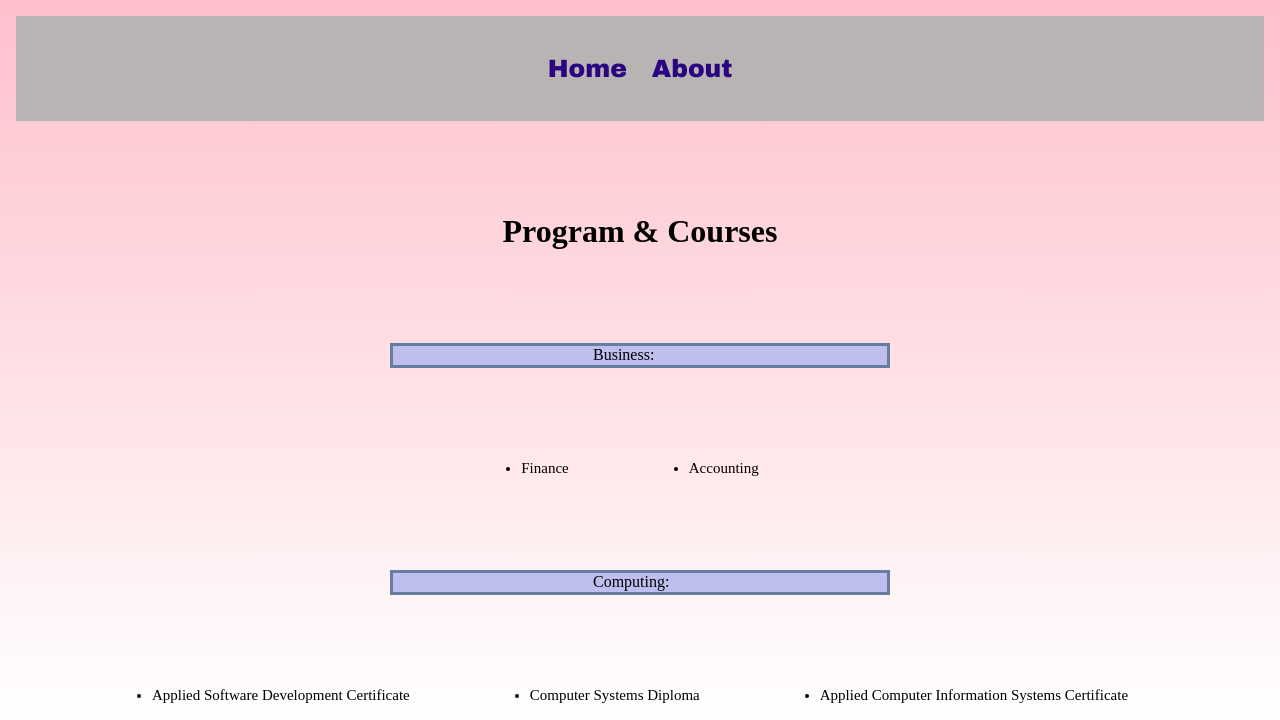
Repository: anoncoderin/madhu-assignment3
Page: /
These files come from the project's save history. The page is drawn as it stood at one moment and after the next save; the edit follows.
The browser window is 1280 px wide. The pictures show the whole page.
The project was rebuilt for these pictures with package versions that can differ from the ones it lists, and the page was loaded fresh each time. The framework's server and built-in components were replaced by stand-ins that run in the browser. Also part of the build but not shown: next.config.js, components/Card/Card.module.css.

Above is the page before, as saved 2023-01-22 23:11:28.

### pages/index.js
import Head from 'next/head'
import Image from 'next/image'
import { Inter } from '@next/font/google'
import styles from '@/styles/Home.module.css'
import { useState } from 'react'
import data from '../data/education.json'
import Link from 'next/link'
import Card from '../components/Card'
import style from '../components/Card/Card.module.css'

export default function Home() {
  console.log(data);
  const [information, setInformation] = useState([...data])
  return (
    <>
      <Head>

      </Head>
      <main className={styles.main}>
        <div className={styles.nav}>
        <p>

          <Link href="/"><b>Home &nbsp;&nbsp;</b></Link>
          <Link href="about"><b>About</b></Link>
        </p>
        </div>
        <h1>Program & Courses</h1>
      <div className={styles.heading}>Business:</div>
      <div className={styles.row}>
      {
        information && information.map((info, index)=>{
          if(info.department === "Business"){
            return(
              <Card key={index} degree={info.degree} font={15}></Card>
            )
          }
        })
      }
      </div>
      <div className={styles.heading}>Computing:</div>
      <div className={styles.row}>
      {
        information && information.map((info, index)=>{
          if(info.department === "Computing"){
            return(

              <Card key={index} degree={info.degree} font={15}></Card>
            )
          }
        })
      }
      </div>
      </main>
    </>
  )
}

### styles/globals.css
:root {
  --max-width: 1100px;
  --border-radius: 12px;
  --font-mono: ui-monospace, Menlo, Monaco, 'Cascadia Mono', 'Segoe UI Mono',
    'Roboto Mono', 'Oxygen Mono', 'Ubuntu Monospace', 'Source Code Pro',
    'Fira Mono', 'Droid Sans Mono', 'Courier New', monospace;

  --foreground-rgb: 0, 0, 0;
  --background-start-rgb: 255, 192, 203;
  --background-end-rgb: 255, 255, 255;

  --primary-glow: conic-gradient(
    from 180deg at 50% 50%,
    hsla(78, 61%, 87%, 0.2) 0deg,
    #0885ff33 55deg,
    #54d6ff33 120deg,
    #0071ff33 160deg,
    transparent 360deg
  );
  --secondary-glow: radial-gradient(
    rgba(255, 255, 255, 1),
    rgba(255, 255, 255, 0)
  );

  --tile-start-rgb: 239, 245, 249;
  --tile-end-rgb: 228, 232, 233;
  --tile-border: conic-gradient(
    #00000080,
    #00000040,
    #00000030,
    #00000020,
    #00000010,
    #00000010,
    #00000080
  );

  --callout-rgb: 238, 240, 241;
  --callout-border-rgb: 172, 175, 176;
  --card-rgb: 180, 185, 188;
  --card-border-rgb: 131, 134, 135;
}

@media (prefers-color-scheme: dark) {
  :root {
    --foreground-rgb: 255, 255, 255;
    --background-start-rgb: 0, 0, 0;
    --background-end-rgb: 0, 0, 0;

    --primary-glow: radial-gradient(rgba(1, 65, 255, 0.4), rgba(1, 65, 255, 0));
    --secondary-glow: linear-gradient(
      to bottom right,
      rgba(1, 65, 255, 0),
      rgba(1, 65, 255, 0),
      rgba(1, 65, 255, 0.3)
    );

    --tile-start-rgb: 2, 13, 46;
    --tile-end-rgb: 2, 5, 19;
    --tile-border: conic-gradient(
      #ffffff80,
      #ffffff40,
      #ffffff30,
      #ffffff20,
      #ffffff10,
      #ffffff10,
      #ffffff80
    );

    --callout-rgb: 20, 20, 20;
    --callout-border-rgb: 108, 108, 108;
    --card-rgb: 100, 100, 100;
    --card-border-rgb: 200, 200, 200;
  }
}

* {
  box-sizing: border-box;
  padding: 0;
  margin: 0;
}

html,
body {
  max-width: 100vw;
  overflow-x: hidden;
}

body {
  color: rgb(var(--foreground-rgb));
  background: linear-gradient(
      to bottom,
      transparent,
      rgb(var(--background-end-rgb))
    )
    rgb(var(--background-start-rgb));
}

a {
  color: inherit;
  text-decoration: none;
}
a:hover{
  color: rgb(92, 91, 91);
}

@media (prefers-color-scheme: dark) {
  html {
    color-scheme: dark;
  }
}

### styles/Home.module.css
.main {
  display: flex;
  flex-direction: column;
  justify-content: space-between;
  align-items: center;
  padding: 1rem;
  min-height: 100vh;
}
.row{
  display: flex;
  flex-direction: row;
  justify-content:space-evenly;
  gap: 120px;

}
.nav{
  display: flex;
  flex-direction: column;
  justify-content: space-between;
  align-items: center;
      padding: 39px;
  background-color: rgb(184, 180, 180);
  color: rgb(42, 4, 129);

  font-size: 25px;
  margin: 45;
  font-family: arial black;
  width: 100%;
}


.heading{
  padding-left: 200px;
  height: 25px;
  width: 500px;
  background-color: #bebeef;
  border-style:solid;
  border-color:#657d9f;
}

.degree{
  display: flex;
  flex-direction: column;

  gap: 5px;
}

.description {
  display: inherit;
  justify-content: inherit;
  align-items: inherit;
  font-size: 0.85rem;
  max-width: var(--max-width);
  width: 100%;
  z-index: 2;
  font-family: var(--font-mono);
}

.description a {
  display: flex;
  justify-content: center;
  align-items: center;
  gap: 0.5rem;
}

.description p {
  position: relative;
  margin: 0;
  padding: 1rem;
  background-color: rgba(var(--callout-rgb), 0.5);
  border: 1px solid rgba(var(--callout-border-rgb), 0.3);
  border-radius: var(--border-radius);
}

.code {
  font-weight: 700;
  font-family: var(--font-mono);
}

.grid {
  display: grid;
  grid-template-columns: repeat(4, minmax(25%, auto));
  width: var(--max-width);
  max-width: 100%;
}

.card {
  padding: 1rem 1.2rem;
  border-radius: var(--border-radius);
  background: rgba(var(--card-rgb), 0);
  border: 1px solid rgba(var(--card-border-rgb), 0);
  transition: background 200ms, border 200ms;
}

.card span {
  display: inline-block;
  transition: transform 200ms;
}

.card h2 {
  font-weight: 600;
  margin-bottom: 0.7rem;
}

.card p {
  margin: 0;
  opacity: 0.6;
  font-size: 0.9rem;
  line-height: 1.5;
  max-width: 30ch;
}

.center {
  display: flex;
  justify-content: center;
  align-items: center;
  position: relative;
  padding: 4rem 0;
}

.center::before {
  background: var(--secondary-glow);
  border-radius: 50%;
  width: 480px;
  height: 360px;
  margin-left: -400px;
}

.center::after {
  background: var(--primary-glow);
  width: 240px;
  height: 180px;
  z-index: -1;
}

.center::before,
.center::after {
  content: '';
  left: 50%;
  position: absolute;
  filter: blur(45px);
  transform: translateZ(0);
}

.logo,
.thirteen {
  position: relative;
}

.thirteen {
  display: flex;
  justify-content: center;
  align-items: center;
  width: 75px;
  height: 75px;
  padding: 25px 10px;
  margin-left: 16px;
  transform: translateZ(0);
  border-radius: var(--border-radius);
  overflow: hidden;
  box-shadow: 0px 2px 8px -1px #0000001a;
}

.thirteen::before,
.thirteen::after {
  content: '';
  position: absolute;
  z-index: -1;
}

/* Conic Gradient Animation */
.thirteen::before {
  animation: 6s rotate linear infinite;
  width: 200%;
  height: 200%;
  background: var(--tile-border);
}

/* Inner Square */
.thirteen::after {
  inset: 0;
  padding: 1px;
  border-radius: var(--border-radius);
  background: linear-gradient(
    to bottom right,
    rgba(var(--tile-start-rgb), 1),
    rgba(var(--tile-end-rgb), 1)
  );
  background-clip: content-box;
}

/* Enable hover only on non-touch devices */
@media (hover: hover) and (pointer: fine) {
  .card:hover {
    background: rgba(var(--card-rgb), 0.1);
    border: 1px solid rgba(var(--card-border-rgb), 0.15);
  }

  .card:hover span {
    transform: translateX(4px);
  }
}

@media (prefers-reduced-motion) {
  .thirteen::before {
    animation: none;
  }

  .card:hover span {
    transform: none;
  }
}

/* Mobile */
@media (max-width: 700px) {
  .content {
    padding: 4rem;
  }

  .grid {
    grid-template-columns: 1fr;
    margin-bottom: 120px;
    max-width: 320px;
    text-align: center;
  }

  .card {
    padding: 1rem 2.5rem;
  }

  .card h2 {
    margin-bottom: 0.5rem;
  }

  .center {
    padding: 8rem 0 6rem;
  }

  .center::before {
    transform: none;
    height: 300px;
  }

  .description {
    font-size: 0.8rem;
  }

  .description a {
    padding: 1rem;
  }

  .description p,
  .description div {
    display: flex;
    justify-content: center;
    position: fixed;
    width: 100%;
  }

  .description p {
    align-items: center;
    inset: 0 0 auto;
    padding: 2rem 1rem 1.4rem;
    border-radius: 0;
    border: none;
    border-bottom: 1px solid rgba(var(--callout-border-rgb), 0.25);
    background: linear-gradient(
      to bottom,
      rgba(var(--background-start-rgb), 1),
      rgba(var(--callout-rgb), 0.5)
    );
    background-clip: padding-box;
    backdrop-filter: blur(24px);
  }

  .description div {
    align-items: flex-end;
    pointer-events: none;
    inset: auto 0 0;
    padding: 2rem;
    height: 200px;
    background: linear-gradient(
      to bottom,
      transparent 0%,
      rgb(var(--background-end-rgb)) 40%
    );
    z-index: 1;
  }
}

/* Tablet and Smaller Desktop */
@media (min-width: 701px) and (max-width: 1120px) {
  .grid {
    grid-template-columns: repeat(2, 50%);
  }
}

@media (prefers-color-scheme: dark) {
  .vercelLogo {
    filter: invert(1);
  }

  .logo,
  .thirteen img {
    filter: invert(1) drop-shadow(0 0 0.3rem #ffffff70);
  }
}

@keyframes rotate {
  from {
    transform: rotate(360deg);
  }
  to {
    transform: rotate(0deg);
  }
}

### data/education.json
[
        {
            "studentNumber": "A0004567",
            "firstName": "Person 1",
            "gpa": 3.8,
            "department": "Business",
            "degree": "Finance",
            "graduted": 2014
        },
        {
            "studentNumber": "A0001234",
            "firstName": "Person 2",
            "gpa": 3.5,
            "department": "Business",
            "degree": "Accounting",
            "graduted": 2010
        },
        {
            "studentNumber": "A0007890",
            "firstName": "Person 3",
            "gpa": 3.2,
            "department": "Computing",
            "degree": "Applied Software Development Certificate",
            "graduted": 2018
        },
        {
            "studentNumber": "A0007828",
            "firstName": "Person 4",
            "gpa": 3.9,
            "department": "Computing",
            "degree": "Computer Systems Diploma",
            "graduted": 2021
        },
        {
            "studentNumber": "A0003425",
            "firstName": "Person 5",
            "gpa": 3.2,
            "department": "Computing",
            "degree": "Applied Computer Information Systems Certificate",
            "graduted": 2021
        }

]

### components/Card/index.js
export default function Card(
    {
        degree = "none",
        color = "purple",
        font = 10,
        image = 'icon/personTwo.png'
    }
) {
    return (
        <div style={{ backgroundcolor: color, fontSize: font }}>

            <ul>
                <li>
                    {degree}
                </li>

            </ul>
        </div>
    )
}

Loaded but not shown: pages/_app.js (common file); pages/_document.js (common file)

After the next save:
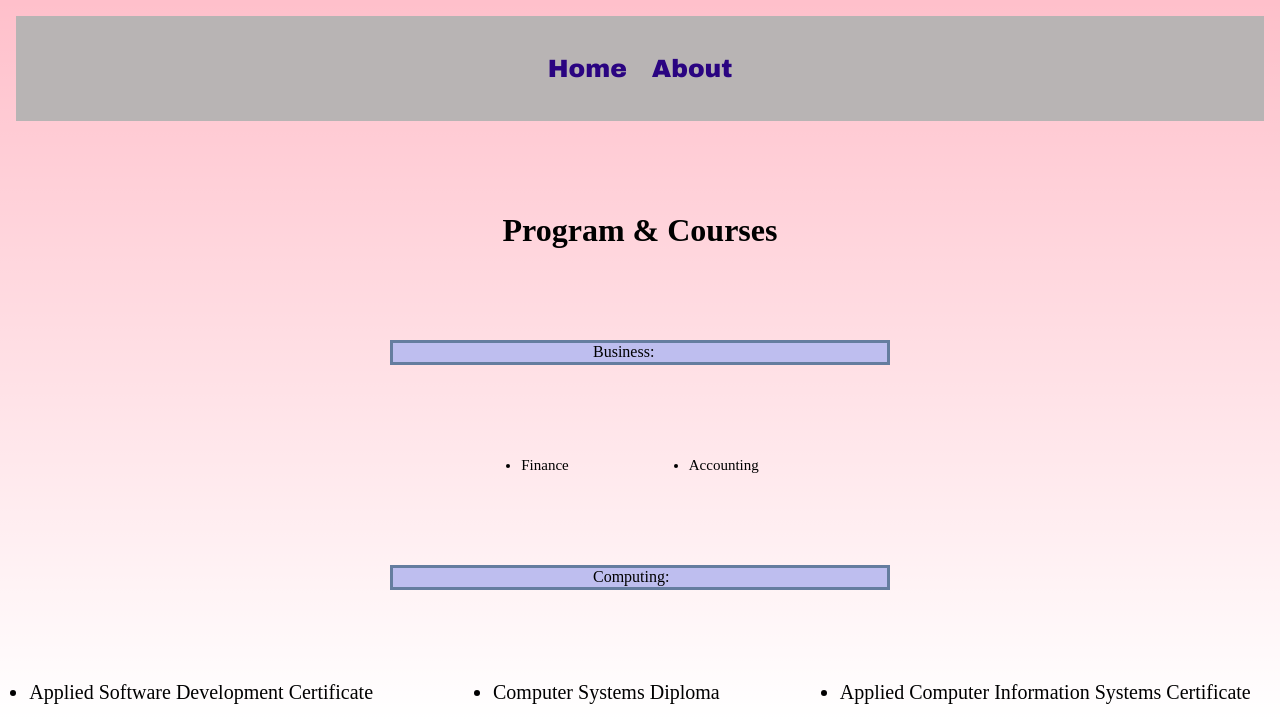
Saved 27 s later.
--- a/pages/index.js
+++ b/pages/index.js
@@ -44,7 +44,7 @@
           if(info.department === "Computing"){
             return(
 
-              <Card key={index} degree={info.degree} font={15}></Card>
+              <Card key={index} degree={info.degree} font={20}></Card>
             )
           }
         })
